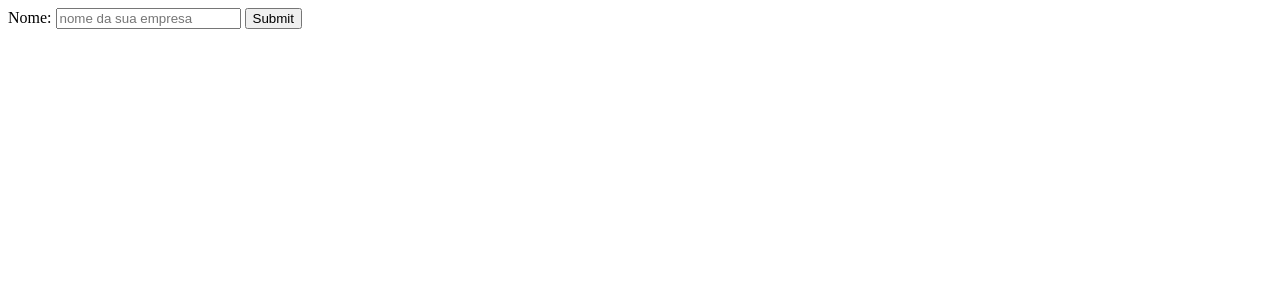
Repository: EduardoBrugneroto/basicoDeTomcat
Page: http://localhost/gerenciador/formNovaEmpresa.jsp
An editor plug-in stored every save of this project. The page is shown before and after the next save, followed by the edit.
The browser window is 1280 px wide. The pictures show the whole page.
The page is served by Tomcat 9. Other server files are loaded and not shown.

Above is the page before, as saved 2021-07-28 15:12:04.

### gerenciador/WebContent/formNovaEmpresa.jsp
<%@ page language="java" contentType="text/html; charset=ISO-8859-1"
    pageEncoding="ISO-8859-1"%>

<!DOCTYPE html>
<html>
<head>
<meta charset="ISO-8859-1">
<title>Insert title here</title>
</head>
<body>

    <form action="/gerenciador/novaEmpresa" method="post">

        Nome: <input type="text" name="nome" placeholder="nome da sua empresa"/>

        <input type="submit" />
    </form>

</body>
</html>

After the next save:
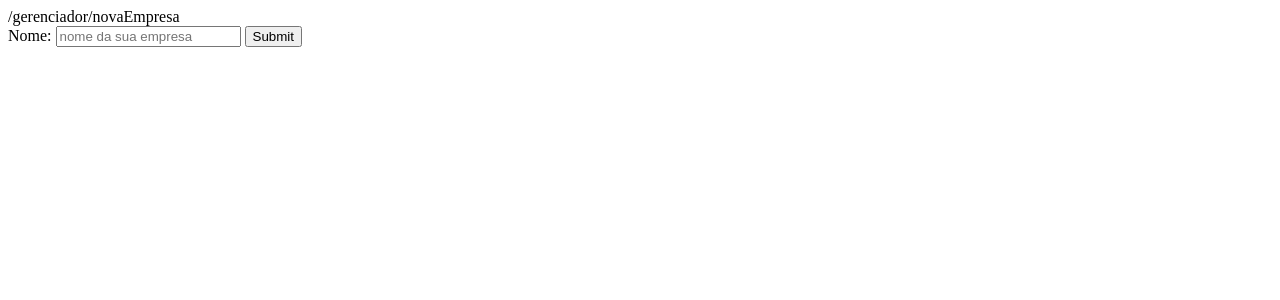
Saved 2 min 33 s later.
--- a/gerenciador/WebContent/formNovaEmpresa.jsp
+++ b/gerenciador/WebContent/formNovaEmpresa.jsp
@@ -1,5 +1,6 @@
 <%@ page language="java" contentType="text/html; charset=ISO-8859-1"
     pageEncoding="ISO-8859-1"%>
+ <%@ taglib uri="http://java.sun.com/jsp/jstl/core" prefix="c" %>
 
 <!DOCTYPE html>
 <html>
@@ -8,6 +9,8 @@
 <title>Insert title here</title>
 </head>
 <body>
+
+	<c:url value="/novaEmpresa" />
 
     <form action="/gerenciador/novaEmpresa" method="post">
 

After the save that followed:
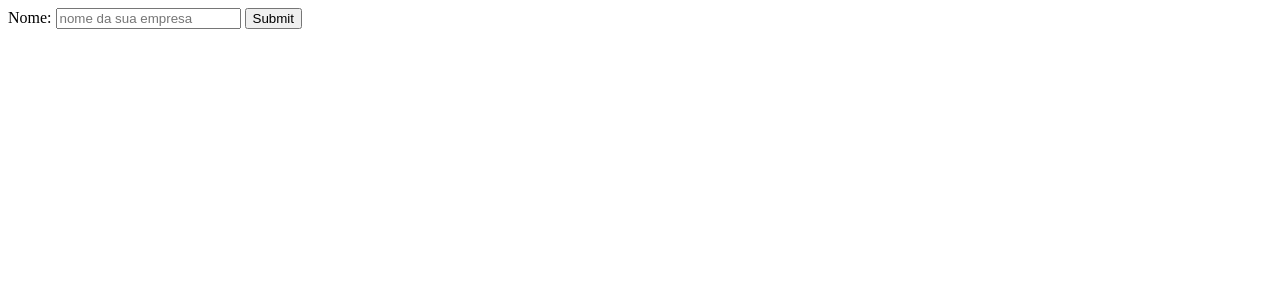
Saved 77 s later.
--- a/gerenciador/WebContent/formNovaEmpresa.jsp
+++ b/gerenciador/WebContent/formNovaEmpresa.jsp
@@ -10,9 +10,9 @@
 </head>
 <body>
 
-	<c:url value="/novaEmpresa" />
 
-    <form action="/gerenciador/novaEmpresa" method="post">
+
+    <form action="<c:url value="/novaEmpresa" />" method="post">
 
         Nome: <input type="text" name="nome" placeholder="nome da sua empresa"/>
 
